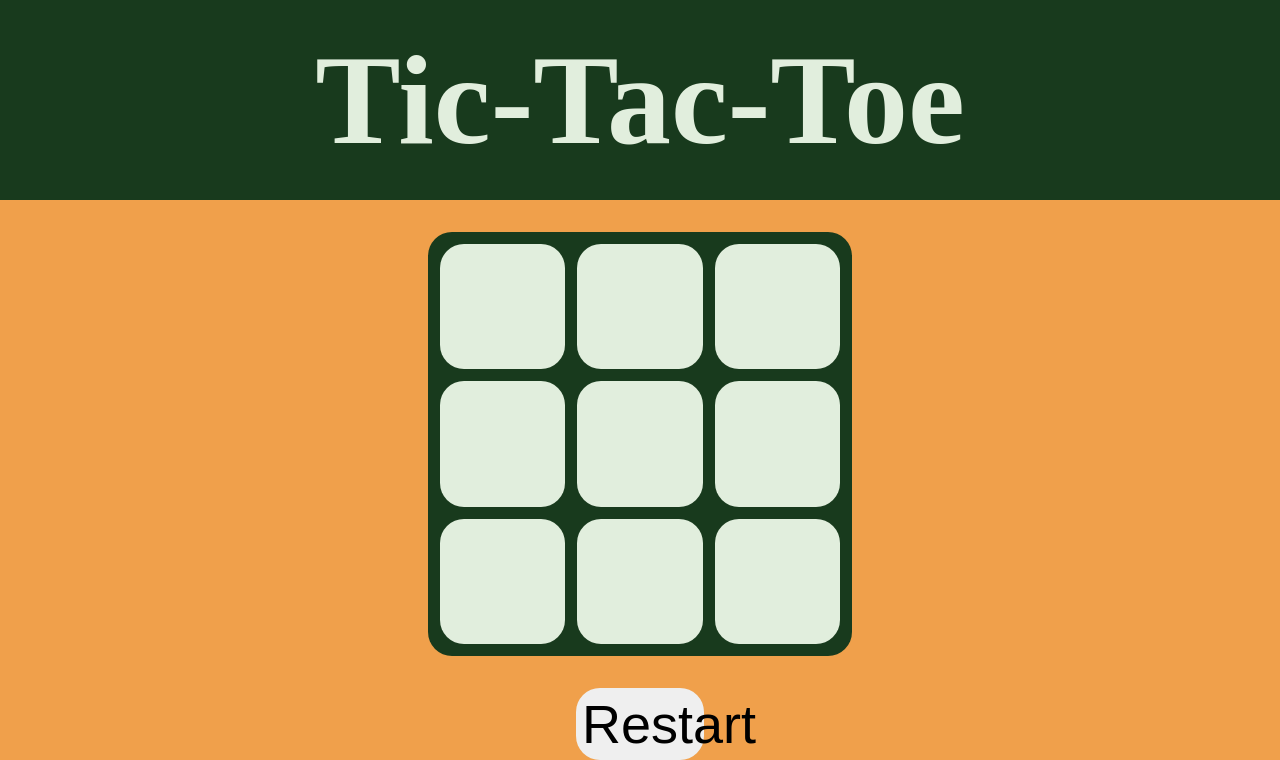
Repository: yeetzpxoci/tic-tac-toe
Page: index.html
An editor plug-in stored every save of this project. The page is shown before and after the next save, followed by the edit.
The browser window is 1280 px wide. The pictures show the whole page.
Some web fonts or font styles are not loaded; a fallback is used.

Above is the page before, as saved 2023-02-23 18:46:48.

### index.html
<!DOCTYPE html>
<html lang="en">
<head>
    <meta charset="UTF-8">
    <meta http-equiv="X-UA-Compatible" content="IE=edge">
    <meta name="viewport" content="width=device-width, initial-scale=1.0">
    <title>Tic Tac Toe</title>
    <link rel="stylesheet" type="text/css" href="styles.css" />
</head>
<body>
    <div class="header">
        Tic-Tac-Toe
    </div>
    <div class="board">
        <div class="square" data-index=0></div>

        <div class="square" data-index=1></div>

        <div class="square" data-index=2></div>

        <div class="square" data-index=3></div>

        <div class="square" data-index=4></div>

        <div class="square" data-index=5></div>

        <div class="square" data-index=6></div>

        <div class="square" data-index=7></div>

        <div class="square" data-index=8></div>
    </div>

    <button id="restart" onclick="game.restartGame()">Restart</button>
<script src="script.js"></script>
</body>
</html>

### styles.css
html, body {
    margin: 0;
    padding: 0;
    font-family: 'Tilt Warp', cursive;
}

body {
    display: flex;
    flex-direction: column;
    justify-content: center;
    align-items: center;
    min-width: 100vh;
    gap: 32px;
    background-color: #F0A04B;
}

.header {
    display: flex;
    justify-content: center;
    align-items: center;
    background-color: #183A1D;
    width: 100%;
    height: 200px;
    color: #E1EEDD;
    font-size: 128px;
    font-weight: bold;
}

.board {
    height: 400px;
    width: 400px;
    background-color: #183A1D;
    border-radius: 24px;
    border-width: 0px;
    padding: 12px;
    gap: 12px;
    font-size: 96px;
    font-family: Arial, Helvetica, sans-serif;
    font-weight: bolder;
    display: grid;
    grid-template-columns: repeat(3, 1fr);
    grid-template-rows: repeat(3, 1fr);
    user-select: none;
}

.square {
    display: flex;
    justify-content: center;
    align-items: center;
    background-color: #E1EEDD;
    border-radius: 24px;
    border-width: 0px;
}

#restart {
    width: 128px;
    height: 72px;
    border-radius: 24px;
    border-width: 0px;
    font-size: 54px;
}

### script.js
const squares = document.getElementsByClassName("square");

const gameBoard = (() => {
    let gameBoard = ["", "", "", "", "", "", "", "", ""];

    const atIndex = (index) => {
        return gameBoard[index];
    }

    const playOn = (index, symbol) => {
        gameBoard[index] = symbol;
    }

    const resetBoard = () => {
        for (let i = 0; i < gameBoard.length; i++) {
            gameBoard[i] = "";
        }
    }

    const winner = (x, y, z) => {
        if ((gameBoard[x] === gameBoard[y]) && ((gameBoard[y] === gameBoard[z]) && (gameBoard[z] === "X"))
            || (gameBoard[x] === gameBoard[y]) && ((gameBoard[y] === gameBoard[z]) && (gameBoard[z] === "O"))) {
            return true;
        } else {
            return false;
        }
    }

    const checkWinner = () => {
        return winner(0, 1, 2)  // check for 3-in-a-row horizontally
            || winner(3, 4, 5)
            || winner(6, 7, 8)
            || winner(0, 3, 6)  // check for 3-in-a-row vertically
            || winner(1, 4, 7)
            || winner(2, 5, 8)
            || winner(0, 4, 8)  // check for 3-in-a-row diagonally
            || winner(6, 4, 2)
    }

    return {
        gameBoard, atIndex, playOn, resetBoard, winner, checkWinner
    };
})();

const players = (symbol) => {
    const play = (index) => gameBoard.playOn(index, symbol);
    return {
        symbol, play
    };
};

const game = (() => {
    let turn = "X";

    const playRound = (e) => {
        if (gameBoard.atIndex(e.currentTarget.dataset.index) === "") {
            players(turn).play(e.currentTarget.dataset.index);
            displayController.renderBoard();
            if (turn === "X") {
                turn = "O";
            } else {
                turn = "X";
            }
            if (gameBoard.checkWinner()) {
                displayController.disableSquares();
                alert("winner!");
            }
        }
    }

    const restartGame = () => {
        turn = "X";
        gameBoard.resetBoard();
        displayController.renderBoard();
        displayController.enableSquares();
    }

    return {
        turn, playRound, restartGame
    };
})();

const displayController = (() => {
    const renderBoard = () => {
        for (let i = 0; i < gameBoard.gameBoard.length; i++) {
            squares[i].innerHTML = gameBoard.gameBoard[i];
        }
    }

    const enableSquares = () => {
        for (let i = 0; i < squares.length; i++) {
            squares[i].addEventListener("click", game.playRound);
        }
    }

    const disableSquares = () => {
        for (let i = 0; i < squares.length; i++) {
            squares[i].removeEventListener("click", game.playRound);
        }
    }

    return {
        renderBoard, enableSquares, disableSquares
    }
})();

displayController.enableSquares();

After the next save:
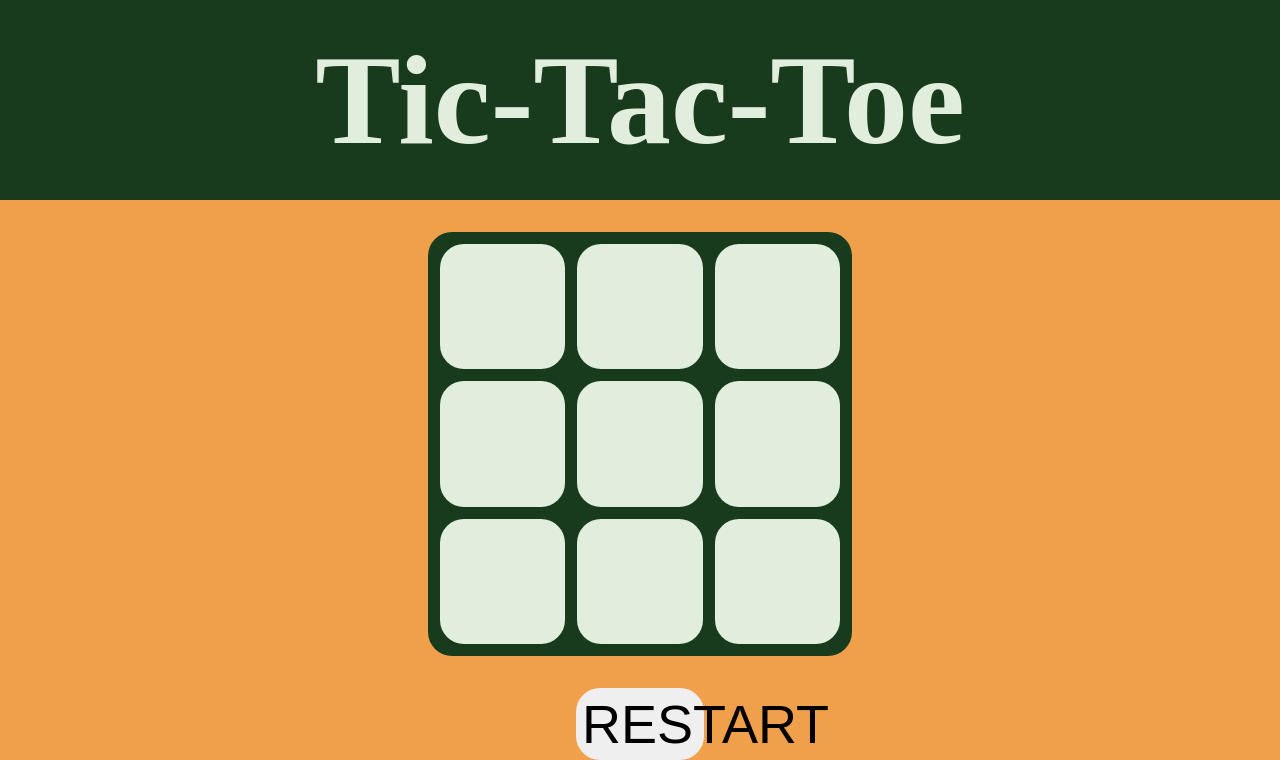
Saved 11 s later.
--- a/index.html
+++ b/index.html
@@ -6,6 +6,9 @@
     <meta name="viewport" content="width=device-width, initial-scale=1.0">
     <title>Tic Tac Toe</title>
     <link rel="stylesheet" type="text/css" href="styles.css" />
+    <link rel="preconnect" href="https://fonts.googleapis.com">
+    <link rel="preconnect" href="https://fonts.gstatic.com" crossorigin>
+    <link href="https://fonts.googleapis.com/css2?family=Tilt+Warp&display=swap" rel="stylesheet">
 </head>
 <body>
     <div class="header">
@@ -31,7 +34,7 @@
         <div class="square" data-index=8></div>
     </div>
 
-    <button id="restart" onclick="game.restartGame()">Restart</button>
+    <button id="restart" onclick="game.restartGame()">RESTART</button>
 <script src="script.js"></script>
 </body>
 </html>
